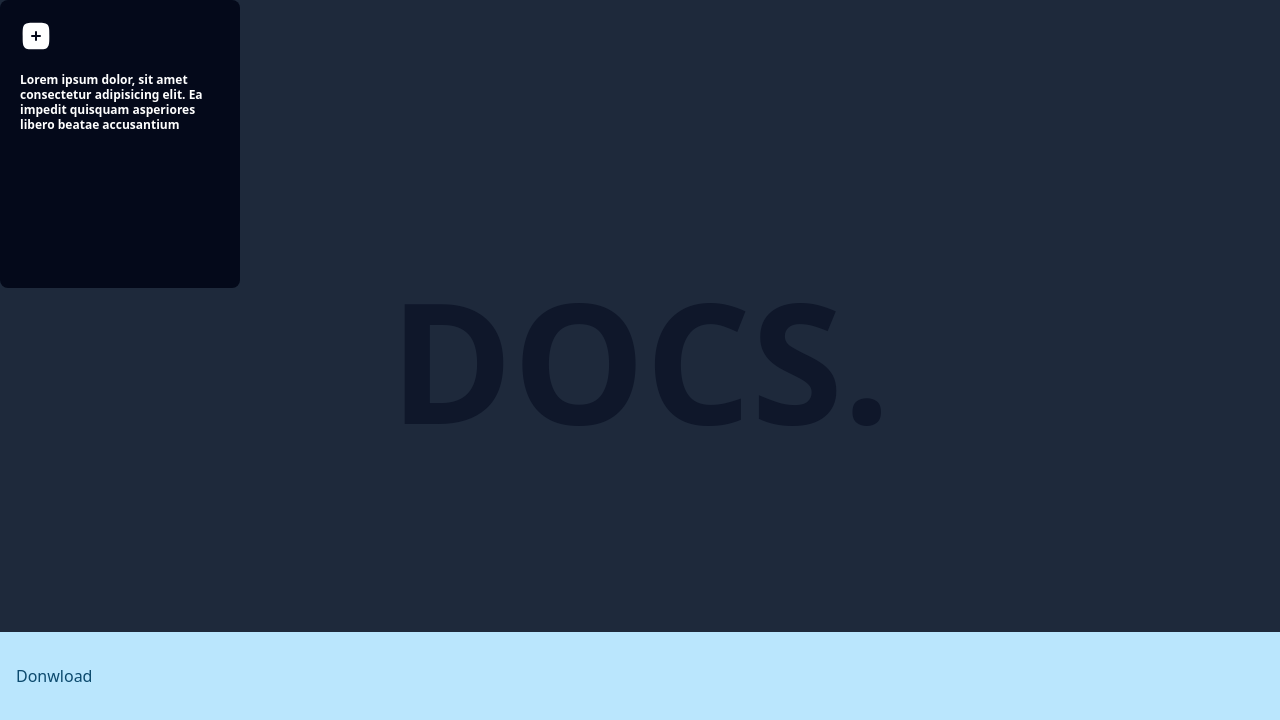
Repository: aliakbarmotallebi/framer-react
Page: /
The author's editor kept a copy of each file at every save. The page is drawn from the files as they stood at one save, then again after the next save.
The browser window is 1280 px wide. The pictures show the whole page.
The project was rebuilt for these pictures with package versions that can differ from the ones it lists, and the page was loaded fresh each time.

Above is the page before, as saved 2024-08-14 18:39:13.

### src/App.js
import React from "react";
import Background from "./components/Background";
import Card from "./components/Card";

function App() {
  return (
    <div className="relative h-screen w-full bg-slate-800">
      <Background />
      <Card />
    </div>
  );
}

export default App;

### src/components/Background.jsx
import React from "react";

function Background() {
    return <h1 className="absolute left-1/2 top-1/2 -translate-x-[50%] -translate-y-[50%] text-[13vw] font-semibold text-slate-900">
    DOCS.
  </h1>
}

export default Background;

### src/components/Card.jsx
import React, { Component } from 'react';

class Card extends Component {
    render() {
        return (
            <div className="w-60 h-72 rounded-lg bg-slate-950/90 p-5 text-white">
                <svg xmlns="http://www.w3.org/2000/svg" className="w-8 h-8" viewBox="0 0 24 24"><path fill="currentColor" fill-rule="evenodd" d="M12 22c-4.714 0-7.071 0-8.536-1.465C2 19.072 2 16.714 2 12s0-7.071 1.464-8.536C4.93 2 7.286 2 12 2s7.071 0 8.535 1.464C22 4.93 22 7.286 22 12s0 7.071-1.465 8.535C19.072 22 16.714 22 12 22m0-13.75a.75.75 0 0 1 .75.75v2.25H15a.75.75 0 0 1 0 1.5h-2.25V15a.75.75 0 0 1-1.5 0v-2.25H9a.75.75 0 0 1 0-1.5h2.25V9a.75.75 0 0 1 .75-.75" clip-rule="evenodd"/></svg>
                <p className="text-xs leading-tight mt-5 font-semibold">
                    Lorem ipsum dolor, sit amet consectetur adipisicing elit. Ea impedit quisquam asperiores libero beatae accusantium
                </p>
                <div className="footer absolute bottom-0 bg-sky-200 w-full py-4 left-0">
                    <button className="text-sky-900 p-4">
                        Donwload
                    </button>
                </div>
            </div>
        );
    }
}

export default Card;

Loaded but not shown: public/index.html (common file); src/index.js (common file); src/index.css (common file); tailwind.config.js (common file)

After the next save:
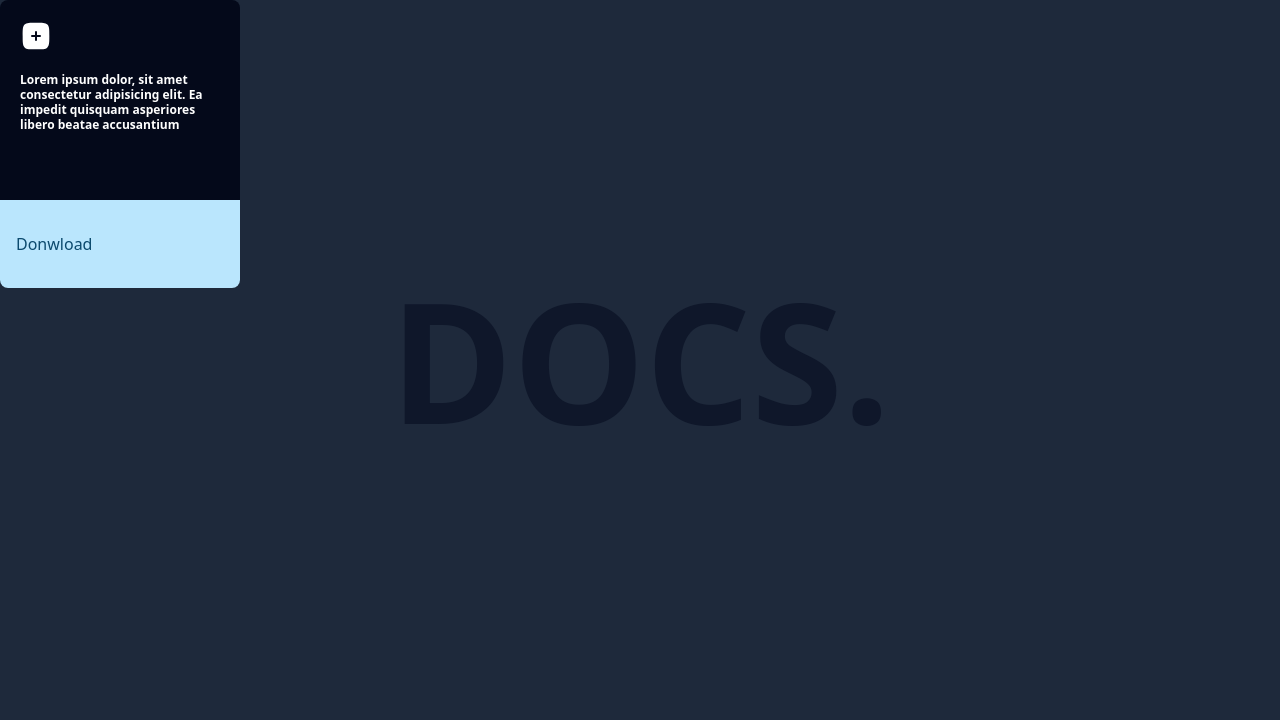
Saved 39 s later.
--- a/src/components/Card.jsx
+++ b/src/components/Card.jsx
@@ -3,7 +3,7 @@ import React, { Component } from 'react';
 class Card extends Component {
     render() {
         return (
-            <div className="w-60 h-72 rounded-lg bg-slate-950/90 p-5 text-white">
+            <div className="w-60 h-72 rounded-lg bg-slate-950/90 p-5 text-white relative overflow-hidden">
                 <svg xmlns="http://www.w3.org/2000/svg" className="w-8 h-8" viewBox="0 0 24 24"><path fill="currentColor" fill-rule="evenodd" d="M12 22c-4.714 0-7.071 0-8.536-1.465C2 19.072 2 16.714 2 12s0-7.071 1.464-8.536C4.93 2 7.286 2 12 2s7.071 0 8.535 1.464C22 4.93 22 7.286 22 12s0 7.071-1.465 8.535C19.072 22 16.714 22 12 22m0-13.75a.75.75 0 0 1 .75.75v2.25H15a.75.75 0 0 1 0 1.5h-2.25V15a.75.75 0 0 1-1.5 0v-2.25H9a.75.75 0 0 1 0-1.5h2.25V9a.75.75 0 0 1 .75-.75" clip-rule="evenodd"/></svg>
                 <p className="text-xs leading-tight mt-5 font-semibold">
                     Lorem ipsum dolor, sit amet consectetur adipisicing elit. Ea impedit quisquam asperiores libero beatae accusantium
